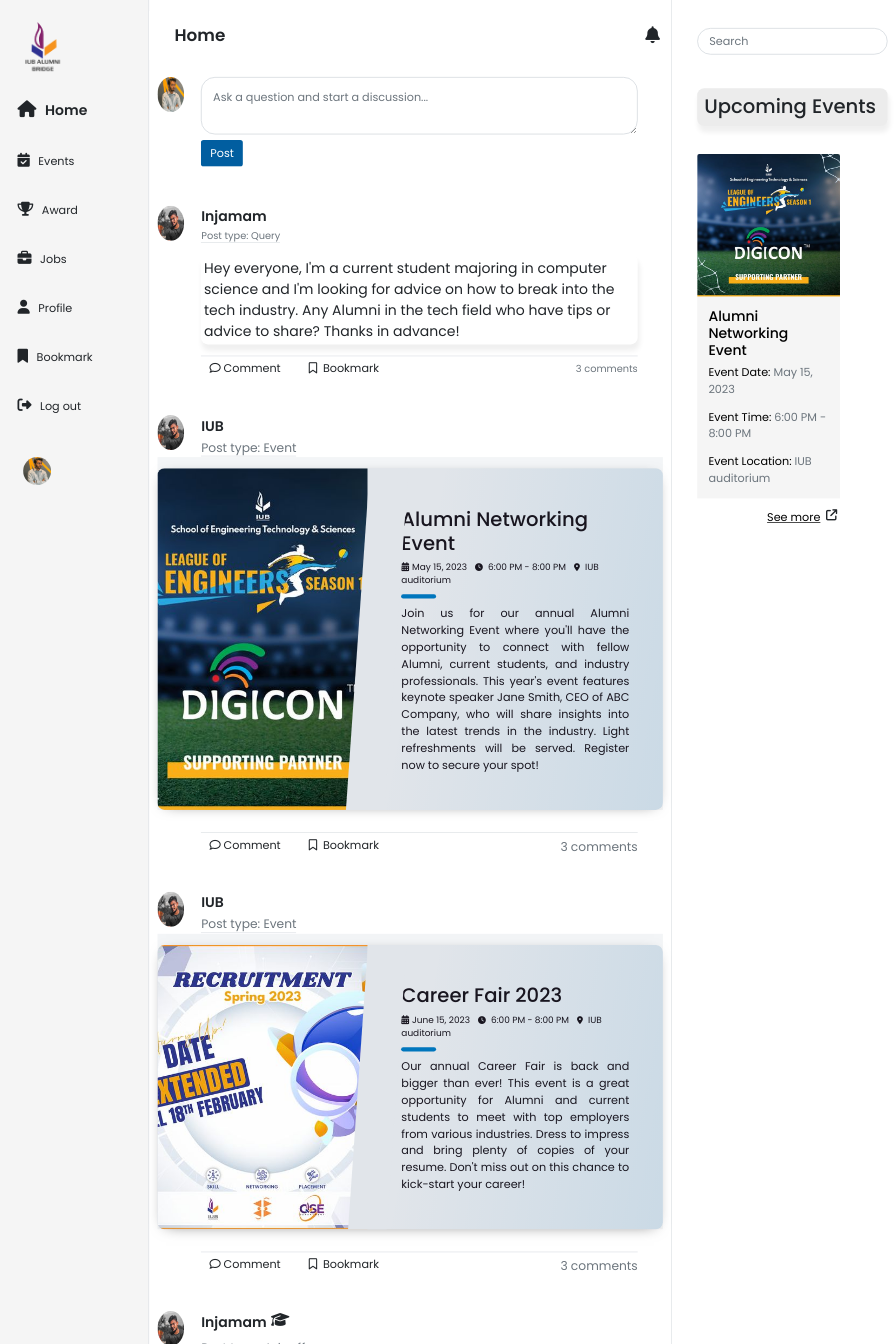
Repository: injamam00155/IUB_Alumni_Bridge
Page: Frontend/student/home.html
These files come from the project's save history. The page is drawn as it stood at one moment and after the next save; the edit follows.
The browser window is 1280 px wide. The pictures show the part of the page from y = 0 to 1920 px (the page is 2949 px tall before and 2915 px after), at 70% of full size.
Some web fonts or font styles are not loaded; a fallback is used. Some web libraries are served in a nearby version.

Above is the page before, as saved 2023-04-04 21:20:18.

After the next save:
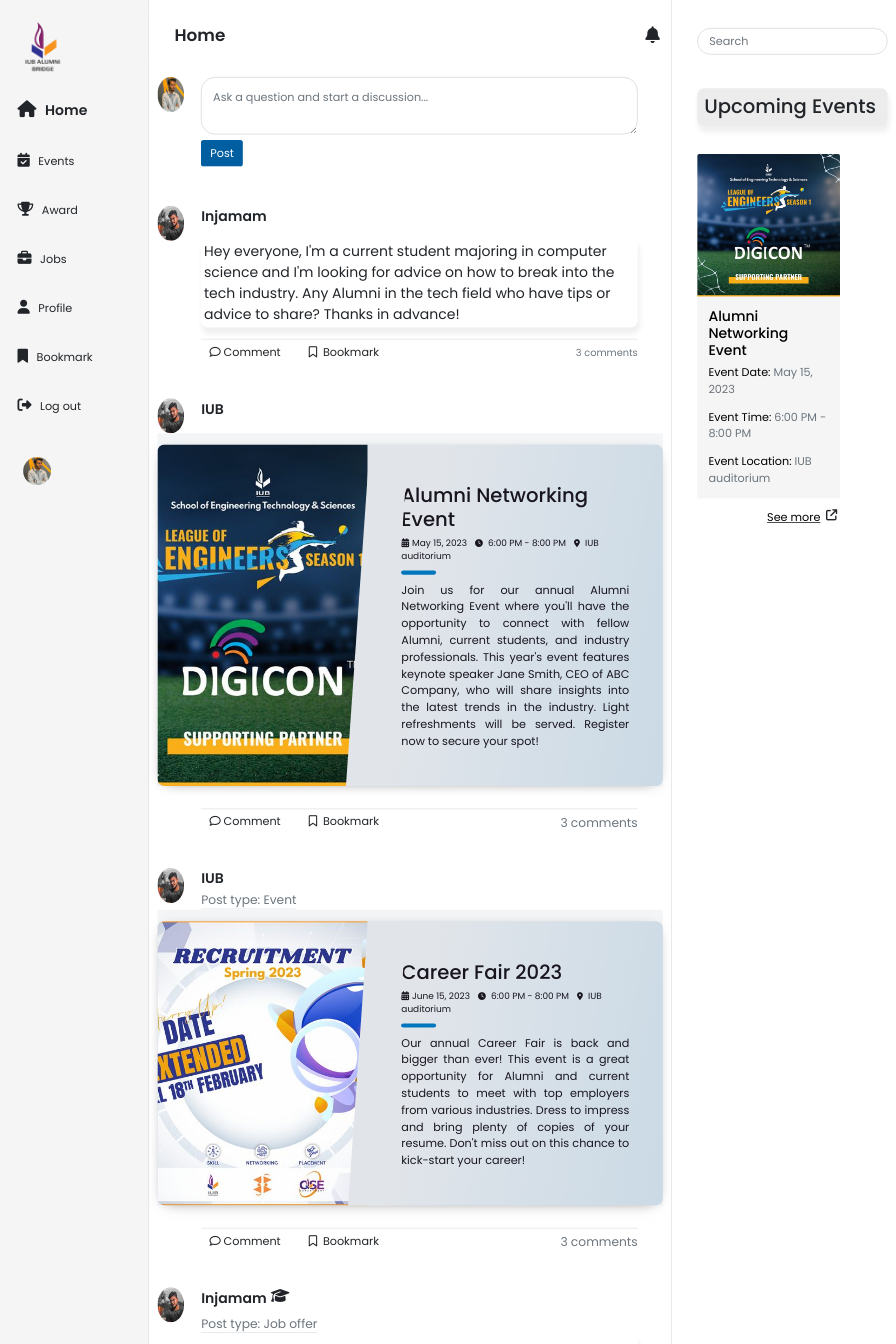
Saved 6 min 19 s later.
--- a/Frontend/student/home.html
+++ b/Frontend/student/home.html
@@ -162,7 +162,7 @@
                         style="width: 40px; border-radius: 50%"
                       />
                       <span class="notification-text"
-                        ><strong>Dilan</strong> commented on your post<span
+                        ><strong>Mushfiqur</strong> commented on your post<span
                           class="text-muted ms-5"
                           >10m ago</span
                         ></span
@@ -221,9 +221,6 @@
                     <div>
                       <strong class="fs-5">Injamam</strong>
                     </div>
-                    <small class="text-muted border-bottom"
-                      >Post type: Query</small
-                    >
                     <p class="mt-3 fs-5 p-1 post_body">
                       Hey everyone, I'm a current student majoring in computer
                       science and I'm looking for advice on how to break into
@@ -267,11 +264,7 @@
                   </div>
                   <div class="col-10 col-lg-11 pe-5 fs-5">
                     <strong class="fs-5">IUB</strong>
-                    <div class="event-container">
-                      <small class="text-muted border-bottom"
-                        >Post type: Event</small
-                      >
-                    </div>
+
                   </div>
                 </div>
                 <div class="row">
